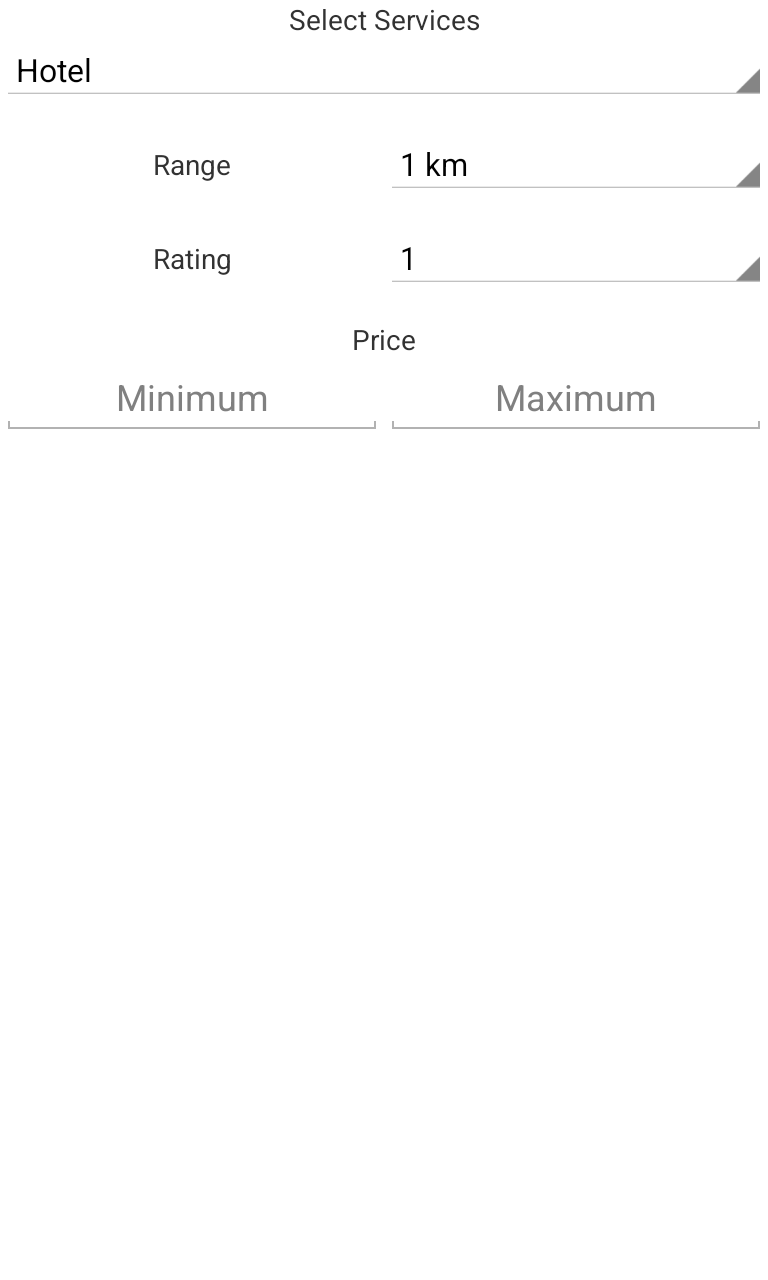
Repository: AungWinnHtut/projAndroid
Layout: com.engineer4myanmar.json.MainActivity/res/layout/activity_search.xml
An editor plug-in stored every save of this project. The layout is shown before and after the next save, followed by the edit.
It is drawn on a 768 x 1280 px phone screen (xhdpi) without system bars, with theme AppTheme; the app's code is not run.

Above is the layout before, as saved 2015-08-23 11:23:22.

After the next save:
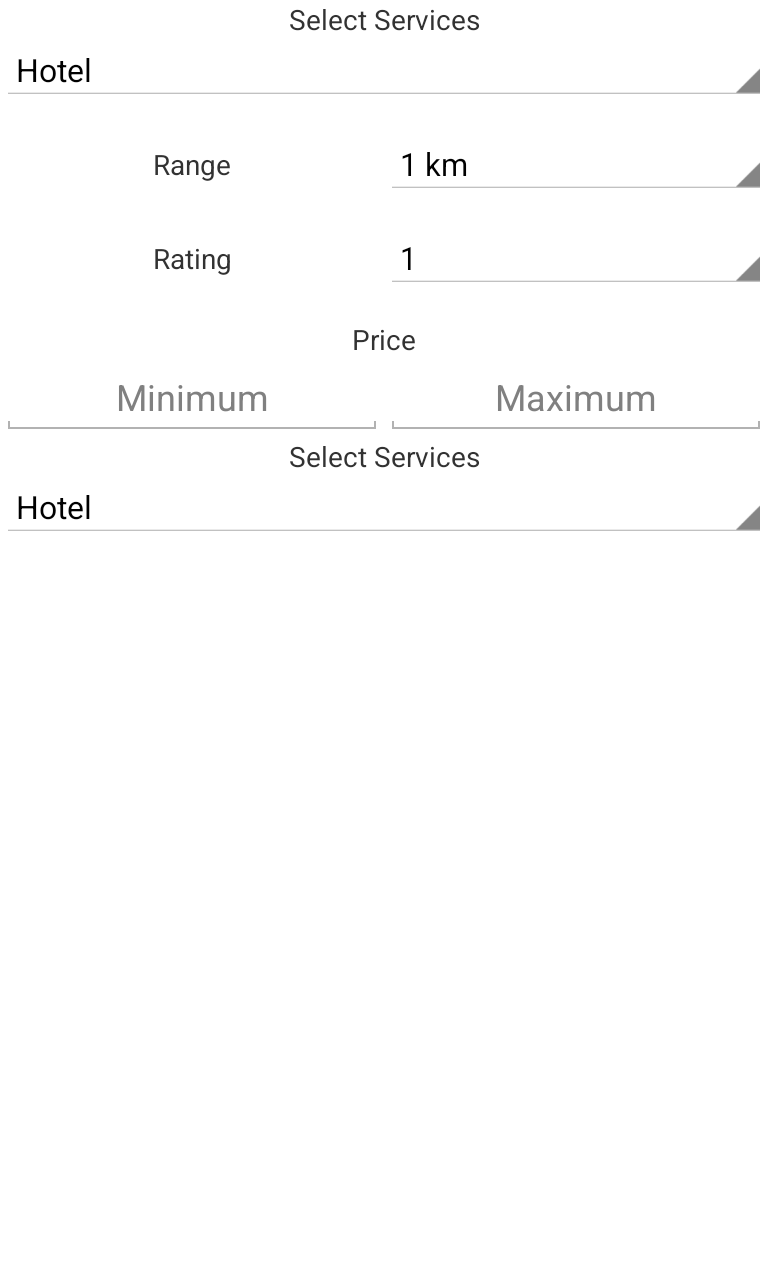
Saved 53 s later.
--- a/com.engineer4myanmar.json.MainActivity/res/layout/activity_search.xml
+++ b/com.engineer4myanmar.json.MainActivity/res/layout/activity_search.xml
@@ -21,8 +21,8 @@
             android:layout_width="match_parent"
             android:layout_height="wrap_content"
             android:layout_gravity="center"
+            android:entries="@array/services_arrays"
             android:gravity="center"
-            android:entries="@array/services_arrays"
             android:prompt="@string/services_prompt" />
     </LinearLayout>
 
@@ -102,14 +102,36 @@
             android:layout_weight="1"
             android:gravity="center"
             android:hint="Minimum" />
-         <EditText
+
+        <EditText
             android:layout_width="0dp"
             android:layout_height="wrap_content"
             android:layout_gravity="center"
             android:layout_weight="1"
             android:gravity="center"
             android:hint="Maximum" />
+    </LinearLayout>
 
+    <LinearLayout
+        android:layout_width="match_parent"
+        android:layout_height="wrap_content"
+        android:orientation="vertical" >
+
+        <TextView
+            android:layout_width="match_parent"
+            android:layout_height="wrap_content"
+            android:layout_gravity="center"
+            android:gravity="center"
+            android:text="Select Services" />
+
+        <Spinner
+            android:id="@+id/spinner1"
+            android:layout_width="match_parent"
+            android:layout_height="wrap_content"
+            android:layout_gravity="center"
+            android:entries="@array/services_arrays"
+            android:gravity="center"
+            android:prompt="@string/services_prompt" />
     </LinearLayout>
 
 </LinearLayout>
